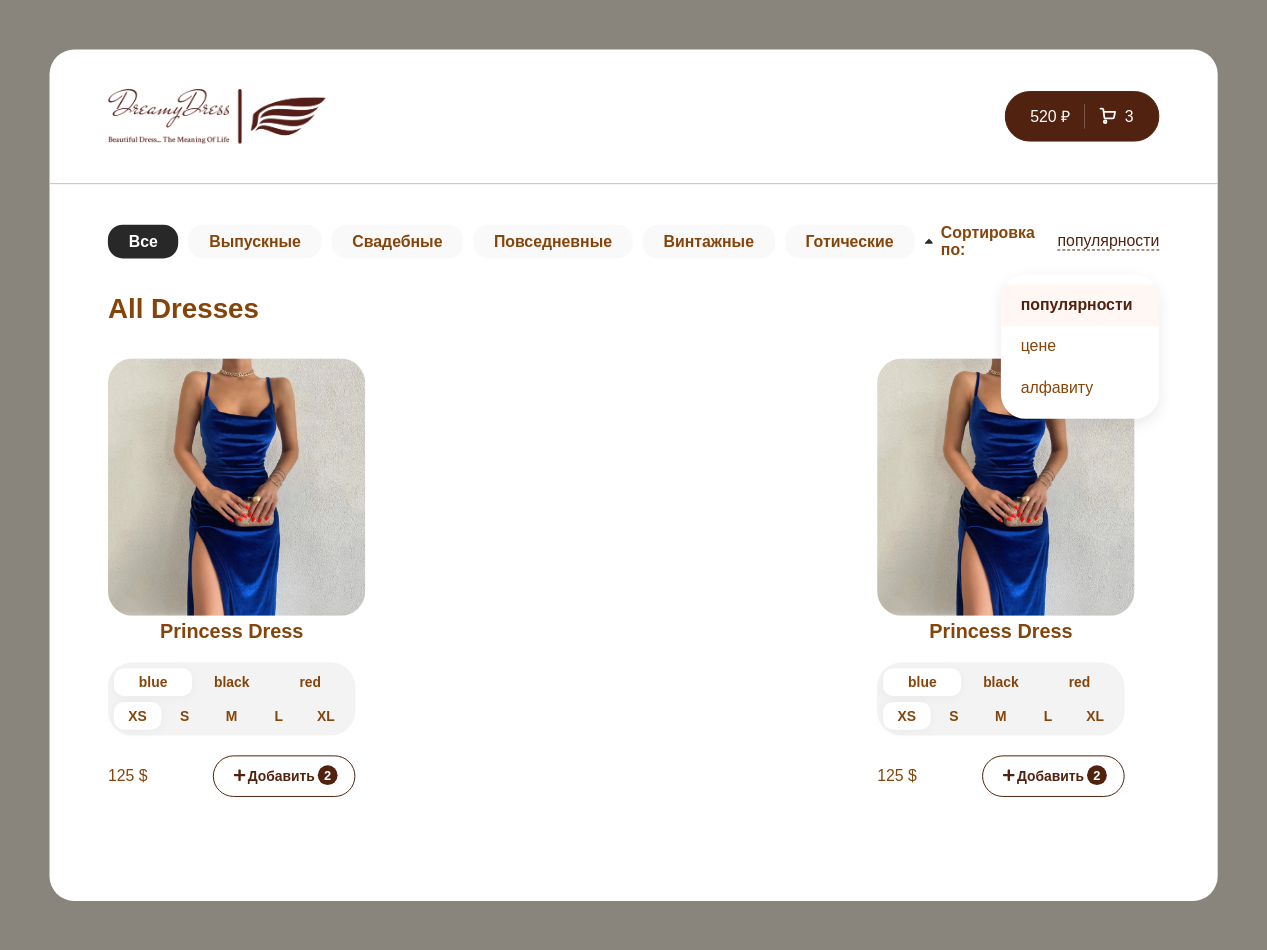
Repository: DisasterWoman/SPA-shop
Page: /
An editor plug-in stored every save of this project. The page is shown before and after the next save, followed by the edit.
The browser window is 1280 px wide. The pictures show the whole page, at 99% of full size.
Some web fonts or font styles are not loaded; a fallback is used. The project was rebuilt for these pictures with package versions that can differ from the ones it lists, and the page was loaded fresh each time.

Above is the page before, as saved 2022-11-28 20:31:19.

After the next save:
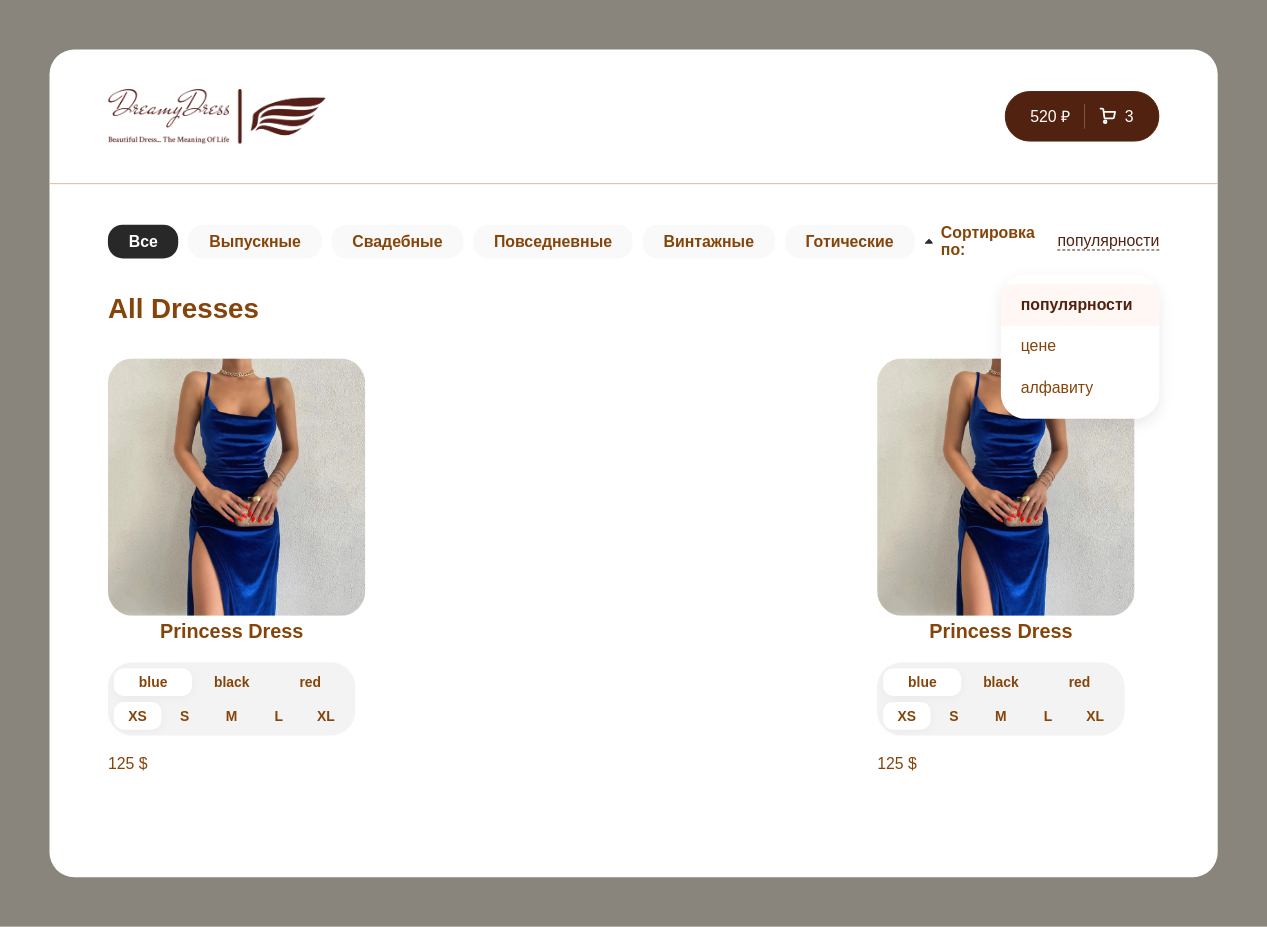
Saved 3 min 25 s later.
--- a/src/components/DressBlock/DressBlock.jsx
+++ b/src/components/DressBlock/DressBlock.jsx
@@ -21,22 +21,7 @@ function DressBlock() {
       </div>
       <div className="dress-block__bottom">
         <div className="dress-blockk__price">125 $</div>
-        <div className="button button--outline button--add">
-          <svg
-            width="12"
-            height="12"
-            viewBox="0 0 12 12"
-            fill="none"
-            xmlns="http://www.w3.org/2000/svg"
-          >
-            <path
-              d="M10.8 4.8H7.2V1.2C7.2 0.5373 6.6627 0 6 0C5.3373 0 4.8 0.5373 4.8 1.2V4.8H1.2C0.5373 4.8 0 5.3373 0 6C0 6.6627 0.5373 7.2 1.2 7.2H4.8V10.8C4.8 11.4627 5.3373 12 6 12C6.6627 12 7.2 11.4627 7.2 10.8V7.2H10.8C11.4627 7.2 12 6.6627 12 6C12 5.3373 11.4627 4.8 10.8 4.8Z"
-              fill="white"
-            />
-          </svg>
-          <span>Добавить</span>
-          <i>2</i>
-        </div>
+
       </div>
     </div>
   );
